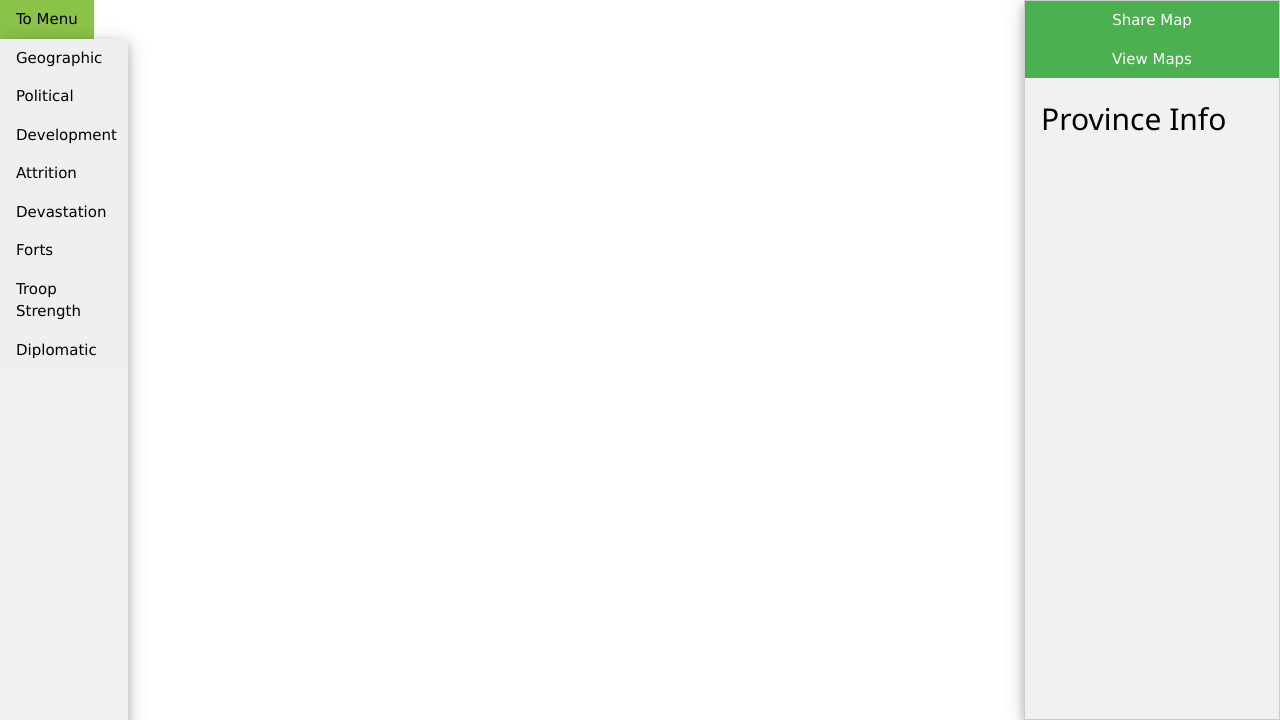
Repository: ReactorDevelopment/environment
Page: public/map.html
The author's editor kept a record of every edit. The page is drawn from the files as they stood at one moment, then again after the next edit.
The browser window is 1280 px wide. The pictures show the whole page.

Above is the page before.
Console error: SyntaxError: Identifier 'ALPHA' has already been declared

After the next edit:
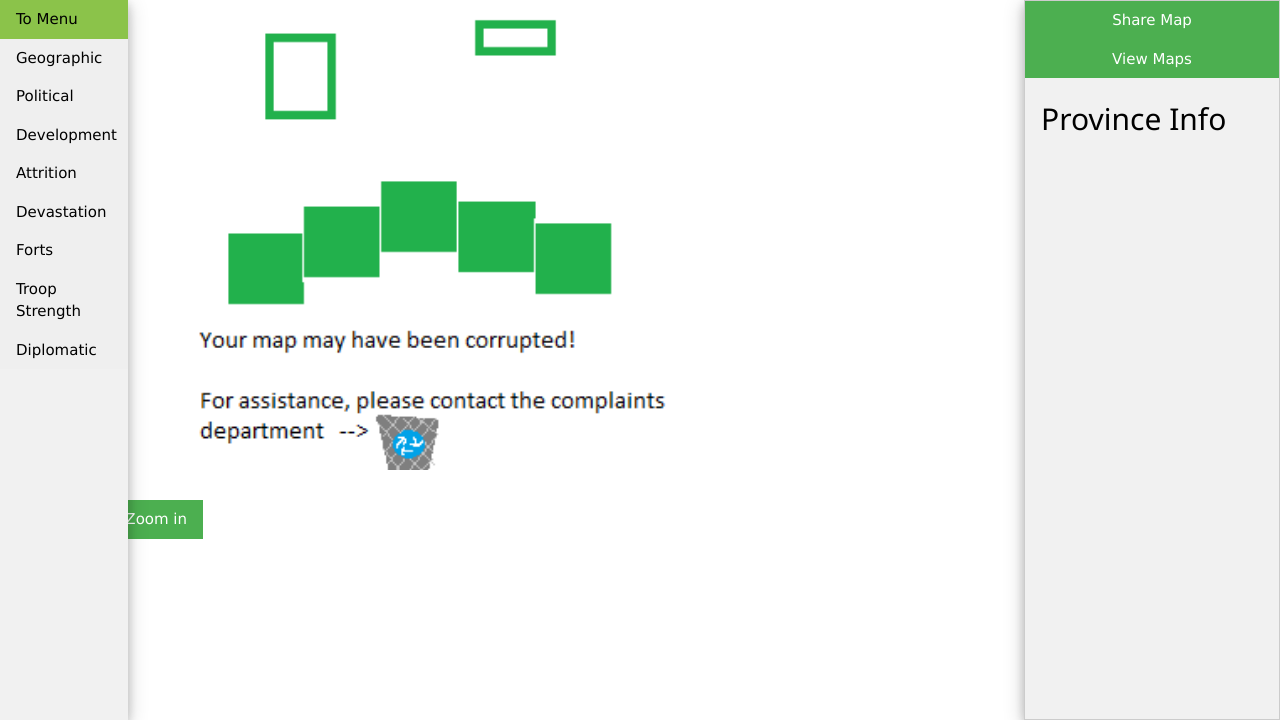
The edit:
--- a/public/map.html
+++ b/public/map.html
@@ -15,8 +15,17 @@
       <script src="Province.js"></script>
     </head>
     <body>
-      <button onclick="toMenu()" class="w3-button w3-green w3-hover-light-green">To Menu</button>
-      <div class="w3-sidebar w3-light-grey w3-bar-block w3-card-4" style="width:10%">
+      <div style="width: 100%">
+        <div class="container">
+            <div ondragstart="return false" class="drag-div initial-selected">
+                <img id="mapBackground" src="europe.png" style="width: 100%"/>
+            </div>
+        </div>
+        <input type="button" id="zoomout" class="w3-button w3-green w3-hover-light-green" value="Zoom out" onclick="zoom(0.5)">
+        <input type="button" id="zoomin" class="w3-button w3-green w3-hover-light-green" value="Zoom in" onclick="zoom(2)">
+      </div>
+      <div class="w3-sidebar w3-light-grey w3-bar-block w3-card-4" style="width:10%; top:0">
+        <button onclick="toMenu()" class=" w3-bar-item w3-button w3-green w3-hover-light-green">To Menu</button>
         <input type="button" id="geoMode" class="w3-bar-item w3-hover-green" value="Geographic" onclick="map.updateAllOverlays(0)">
         <input type="button" id="polMode" class="w3-bar-item w3-hover-green" value="Political" onclick="map.updateAllOverlays(1)">
         <input type="button" id="devMode" class="w3-bar-item w3-hover-green" value="Development" onclick="map.updateAllOverlays(3)">
